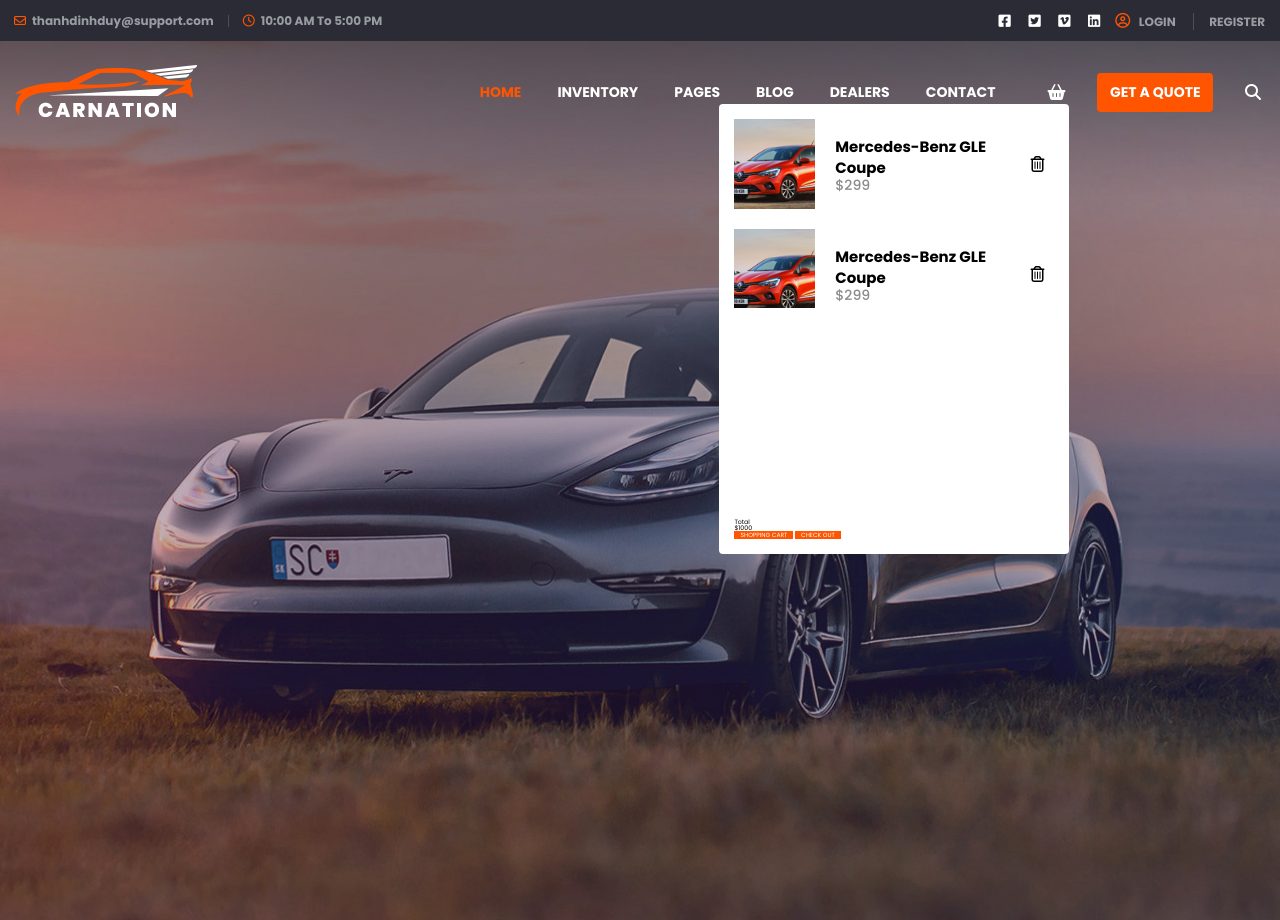
Repository: thanhdinh01/shopcar
Page: index.html
The author's editor kept a copy of each file at every save. The page is drawn from the files as they stood at one save, then again after the next save.
The browser window is 1280 px wide. The pictures show the whole page.
Some web libraries are served in a nearby version. The style sheet was rebuilt from its Sass, Less or Tailwind sources for each picture, by a compiler version that may differ from the author's.

Above is the page before, as saved 2022-08-10 20:46:51.

After the next save:
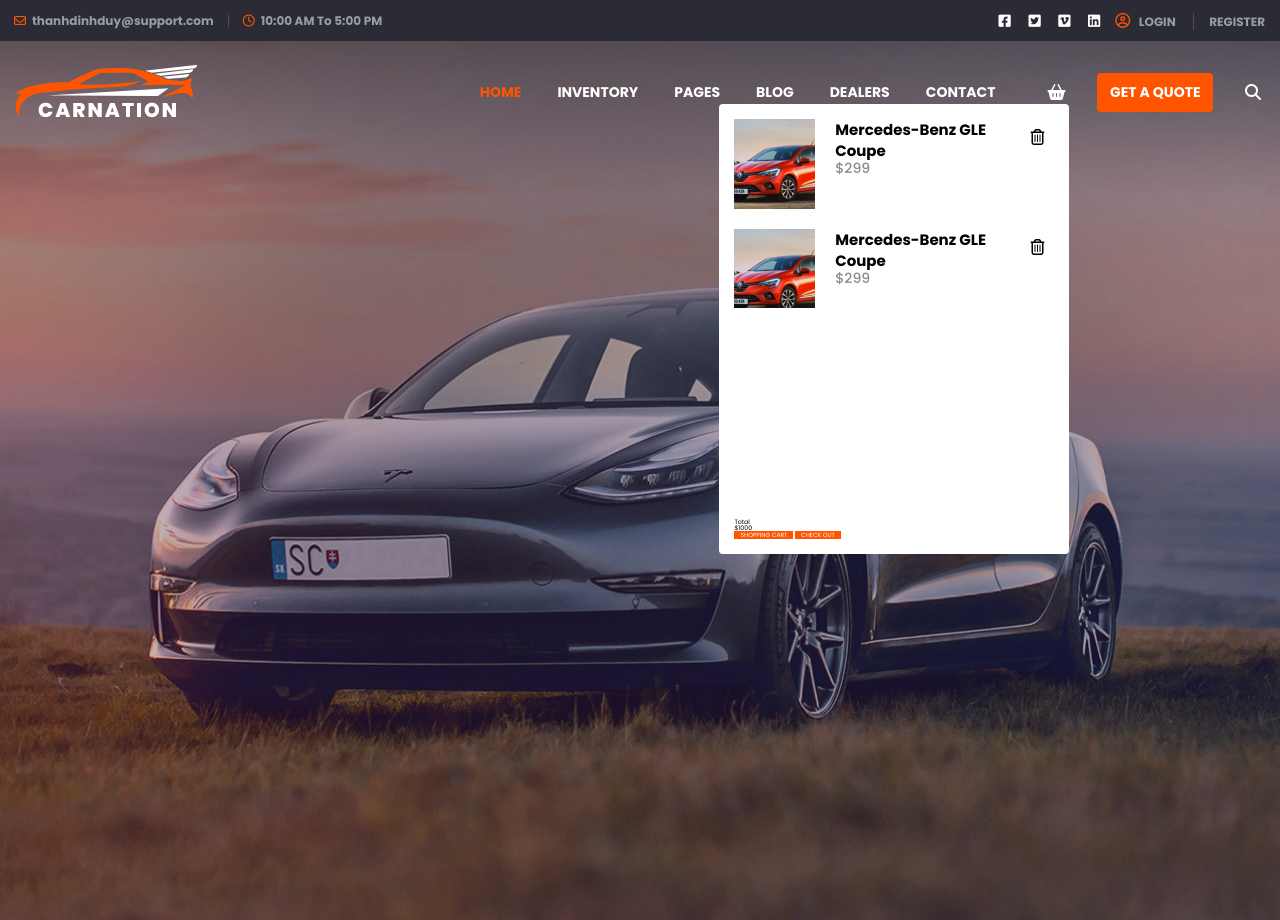
Saved 41 s later.
--- a/css/_header.scss
+++ b/css/_header.scss
@@ -163,7 +163,7 @@
             flex: 1;
             .cart-item {
               display: flex;
-              align-items: center;
+              // align-items: center;
               gap: 0 20px;
               margin-bottom: 20px;
               .product-img {
